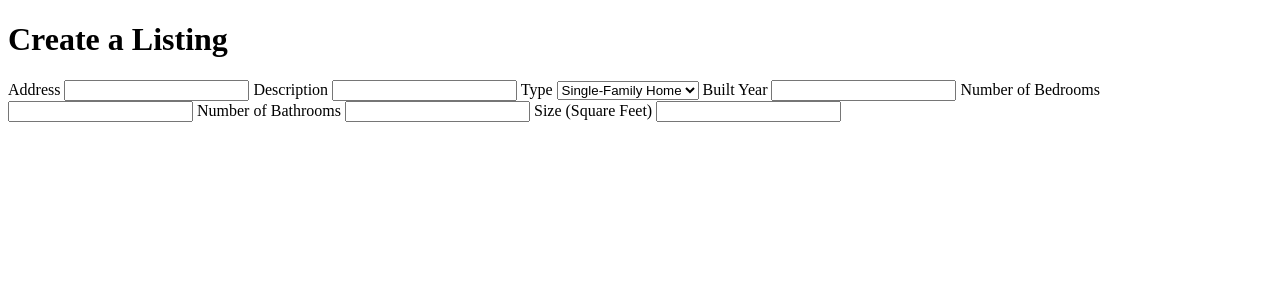
Repository: rickytorrez/test
Page: http://localhost/dcHome/WEB-INF/realtor.jsp
The author's editor kept a copy of each file at every save. The page is drawn from the files as they stood at one save, then again after the next save.
The browser window is 1280 px wide. The pictures show the whole page.
The page is served by Tomcat 9. Nobody is signed in. Other server files are loaded and not shown. The template is opened directly, without the code that normally fills it, so the values that code supplies are empty.

Above is the page before, as saved 2018-05-31 14:45:04.

### dcHome/src/main/webapp/WEB-INF/realtor.jsp
<%@ page language="java" contentType="text/html; charset=UTF-8"
    pageEncoding="UTF-8"%>
<%@ taglib uri="http://java.sun.com/jsp/jstl/core" prefix="c" %>
<%@taglib prefix="fmt" uri="http://java.sun.com/jsp/jstl/fmt"%>
<%@taglib prefix="form" uri="http://www.springframework.org/tags/form"%>
<%@ taglib prefix="spring" uri="http://www.springframework.org/tags" %>
<!DOCTYPE html PUBLIC "-//W3C//DTD HTML 4.01 Transitional//EN" "http://www.w3.org/TR/html4/loose.dtd">
<html>
	<head>
		<meta http-equiv="Content-Type" content="text/html; charset=UTF-8">
		<title>Realtor</title>
	</head>
	<body>
		<h1>Create a Listing</h1>
		<form:errors path="listing.errors.*"></form:errors>

		<form:form method="POST" action="/listings/createListing" modelAttribute="listing">
			<form:label path="address">Address
				<form:input path="address"></form:input>
			</form:label>
			<form:label path="description">Description
				<form:input path="description"></form:input>
			</form:label>
			<form:label path="type">Type
				<form:select path="type">
					<form:option value="single-family-home">Single-Family Home</form:option>
					<form:option value="townhome">Town House</form:option>
					<form:option value="apartment">Apartment</form:option>
				</form:select>
			</form:label>
			<form:label path="yearbuilt">Built Year
				<form:input type="number" path="yearbuilt"></form:input>
			</form:label>
			<form:label path="numberofrooms">Number of Bedrooms
				<form:input type="number" path="numberofrooms"></form:input>
			</form:label>
			<form:label path="numberofbathrooms">Number of Bathrooms
				<form:input type="number" path="numberofbathrooms"></form:input>
			</form:label>
			<form:label path="size">Size (Square Feet)
				<form:input type="number" path="size"></form:input>
			</form:label>
		</form:form>
	</body>
</html>

After the next save:
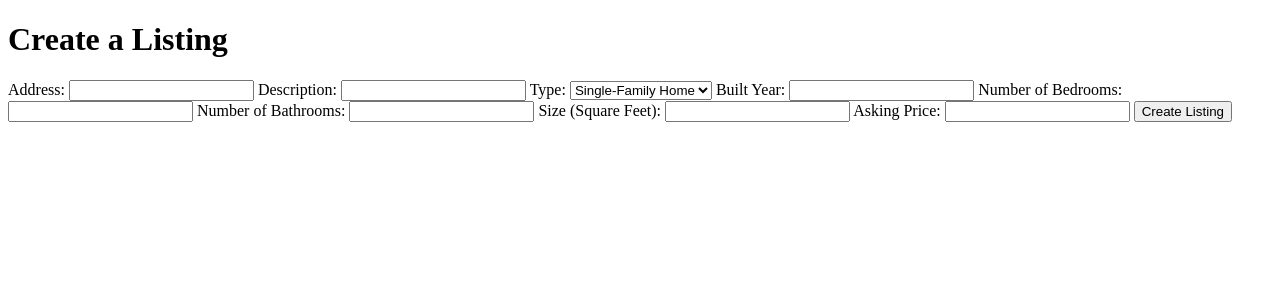
Saved 53 s later.
--- a/dcHome/src/main/webapp/WEB-INF/realtor.jsp
+++ b/dcHome/src/main/webapp/WEB-INF/realtor.jsp
@@ -15,31 +15,35 @@
 		<form:errors path="listing.errors.*"></form:errors>
 
 		<form:form method="POST" action="/listings/createListing" modelAttribute="listing">
-			<form:label path="address">Address
+			<form:label path="address">Address:
 				<form:input path="address"></form:input>
 			</form:label>
-			<form:label path="description">Description
+			<form:label path="description">Description:
 				<form:input path="description"></form:input>
 			</form:label>
-			<form:label path="type">Type
+			<form:label path="type">Type:
 				<form:select path="type">
 					<form:option value="single-family-home">Single-Family Home</form:option>
 					<form:option value="townhome">Town House</form:option>
 					<form:option value="apartment">Apartment</form:option>
 				</form:select>
 			</form:label>
-			<form:label path="yearbuilt">Built Year
+			<form:label path="yearbuilt">Built Year:
 				<form:input type="number" path="yearbuilt"></form:input>
 			</form:label>
-			<form:label path="numberofrooms">Number of Bedrooms
+			<form:label path="numberofrooms">Number of Bedrooms:
 				<form:input type="number" path="numberofrooms"></form:input>
 			</form:label>
-			<form:label path="numberofbathrooms">Number of Bathrooms
+			<form:label path="numberofbathrooms">Number of Bathrooms:
 				<form:input type="number" path="numberofbathrooms"></form:input>
 			</form:label>
-			<form:label path="size">Size (Square Feet)
+			<form:label path="size">Size (Square Feet):
 				<form:input type="number" path="size"></form:input>
 			</form:label>
+			<form:label path="cost">Asking Price:
+				<form:input type="number" path="cost"></form:input>
+			</form:label>
+			<input type="submit" value="Create Listing"/>
 		</form:form>
 	</body>
 </html>
